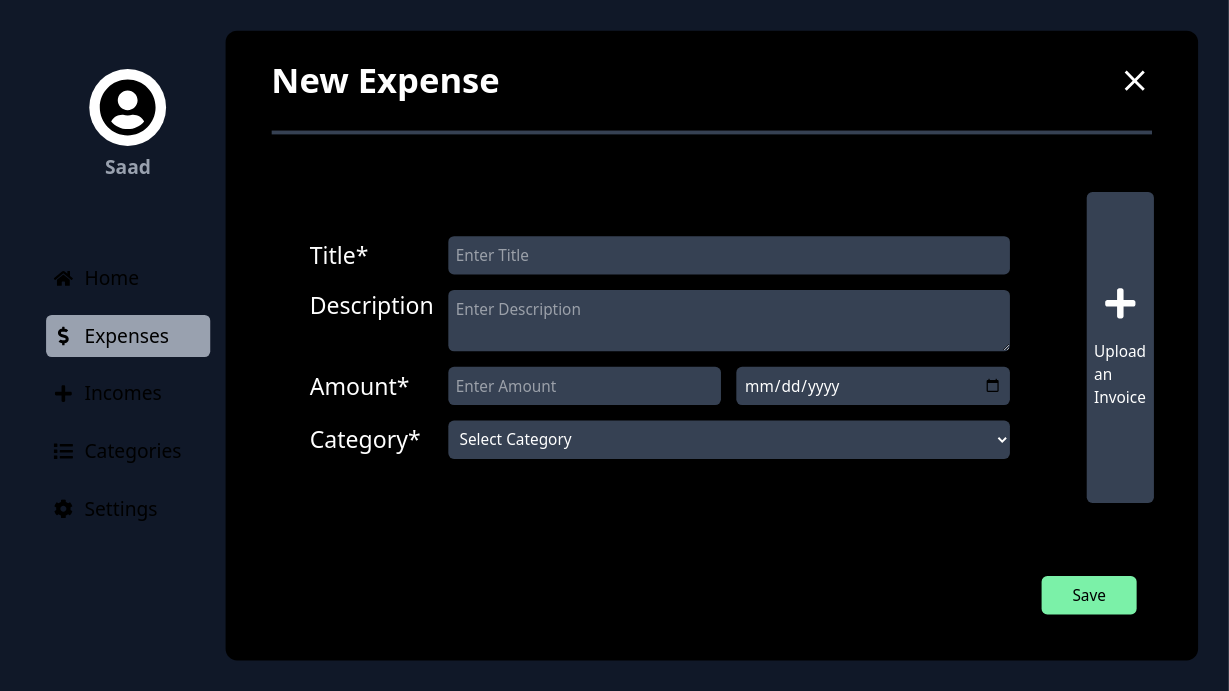
Repository: saad-naveed-brainx/Expense
Page: /expenses
An editor plug-in stored every save of this project. The page is shown before and after a run of saves, followed by the edit.
The browser window is 1280 px wide. The pictures show the whole page, at 96% of full size.
The project was rebuilt for these pictures with package versions that can differ from the ones it lists, and the page was loaded fresh each time. Also part of the build but not shown: vite.config.js, src/components/LandingPage.jsx, src/components/NotUsed.jsx.

Above is the page before, as saved 2025-09-04 17:36:08.

### index.html
<!doctype html>
<html lang="en">
  <head>
    <meta charset="UTF-8" />
    <link rel="icon" type="image/svg+xml" href="/vite.svg" />
    <link rel="stylesheet" href="/src/index.css" />
    <meta name="viewport" content="width=device-width, initial-scale=1.0" />
    <title>Vite + React</title>
  </head>
  <body>
    <div id="root"></div>
    <script type="module" src="/src/main.jsx"></script>
  </body>
</html>

### src/index.css
@import "tailwindcss";
@variant dark (.dark &);

### src/main.jsx
import { createRoot } from "react-dom/client";
import { Provider } from "react-redux";
import store from "./redux/store.js";
import "./index.css";
import App from "./App.jsx";

createRoot(document.getElementById("root")).render(

    <Provider store={store}>
      <App />
    </Provider>
);

### src/redux/store.js
import {configureStore} from '@reduxjs/toolkit'
import expenseReducer from './ExpenseSlice'
import themeReducer from './ThemeSlics'

export default configureStore({
    reducer: {
        expense: expenseReducer,
        theme: themeReducer,
    },
})

### src/App.jsx

import { Route,createBrowserRouter,createRoutesFromElements,RouterProvider } from 'react-router-dom'
import RootLayout from './components/RootLayout'
import LandingPage from './components/LandingPage'
import Expenses from './components/Expenses'
import NotUsed from './components/NotUsed'

function App() {

  const router = createBrowserRouter(
    createRoutesFromElements(
      <Route path='/' element={<RootLayout />}>
        <Route index element={<LandingPage />} />
        <Route path='/expenses' element={<Expenses />} />
        <Route path='/incomes' element={<NotUsed pageName="Incomes" />} />
        <Route path='/categories' element={<NotUsed pageName="Categories" />} />
        <Route path='/settings' element={<NotUsed pageName="Settings" />} />
      </Route>
    )
  )

  return (
    <RouterProvider router={router} />
  )
}

export default App

### src/redux/ExpenseSlice.js
import {createSlice } from '@reduxjs/toolkit'
import { v4 as uuidv4 } from 'uuid'


const initialState = {
    expenses: [{
        id: uuidv4(),
        amount: 0,
        date: null,
        category: '',
        description: '',
    }],
}


const expenseSlice = createSlice({
    name: 'expenseSlice',
    initialState,
    reducers:{
        addExpense: (state, action) =>{
            const newExpense = {
                id: uuidv4(),
                amount: action.payload.amount,
                date: new Date().toISOString(),
                category: action.payload.category,
                description: action.payload.description,
                title: '',
            }
            state.expenses.push(newExpense)
        },
        deleteExpense: (state, action) =>{
            state.expenses = state.expenses.filter(expense => expense.id !== action.payload.id)
            },
        editExpense: (state, action) =>{
            const index = state.expenses.findIndex(expense => expense.id === action.payload.id)
            if(index !== -1){
                state.expenses[index] = action.payload
            }
        },
    }
})

export const { addExpense, deleteExpense, editExpense } = expenseSlice.actions
export default expenseSlice.reducer

### src/redux/ThemeSlics.js
import { createSlice } from '@reduxjs/toolkit'

const initialState = {
    isDarkMode: localStorage.getItem('isDarkMode')? JSON.parse(localStorage.getItem('isDarkMode')):true,
}

const themeSlice = createSlice({
    name: 'themeSlice',
    initialState,
    reducers: {
        toggleTheme: (state) => {
            state.isDarkMode = !state.isDarkMode;
            localStorage.setItem('isDarkMode', JSON.stringify(state.isDarkMode));
        }
    }
})

export const { toggleTheme } = themeSlice.actions;

export default themeSlice.reducer;

### src/components/RootLayout.jsx
import React from 'react'
import LeftSection from './LeftSection'

import { Outlet } from 'react-router-dom'

export default function RootLayout() {
  return (
    <div className="flex w-full h-screen p-8 bg-gray-900">
      <div className="w-1/6">
        <LeftSection />
      </div>
      <div className="w-5/6"> <Outlet /></div>
    </div>
  );
}

### src/components/Expenses.jsx
import React from 'react'
import { IoMdClose } from "react-icons/io";
import { FaPlus } from "react-icons/fa";
import { useForm } from "react-hook-form"

export default function Expenses() {
  const {
    register,
    handleSubmit,
    watch,
    formState: { errors },
  } = useForm()

  const onSubmit = (data) => console.log(data)


  return (
    <div className='bg-black rounded-xl p-4 h-full flex flex-col py-8 px-12 text-white gap-15'>
      <div className='flex flex-col gap-8'>
      <div className='flex items-center justify-between'>
        <h1 className='text-white text-4xl font-bold'>New Expense</h1>
        <button className='text-white'>
          <IoMdClose className='text-4xl' />
        </button>
      </div>
      <div className='w-full h-1 bg-gray-700'></div>
      </div>
      <div className='flex items-center justify-evenly h-full gap-10'>
        <div className='w-full'>
          <form className='p-10 flex flex-col gap-4' onSubmit={handleSubmit(onSubmit)}>
            <div className='flex gap-4 items-center'>
              <h1 className='text-2xl w-32 shrink-0'>Title*</h1>
              <input type="text" placeholder='Enter Title' className='bg-gray-700 rounded-md p-2 flex-1 min-w-0' {...register("title", {required:true})} />
            </div>
            <div className='flex gap-4 items-start'>
              <h1 className='text-2xl w-32 shrink-0'>Description</h1>
              <textarea cols="60" type="text" placeholder='Enter Description' className='bg-gray-700 rounded-md p-2 flex-1 min-w-0' {...register("description")} />
            </div>
            <div className='flex gap-4 items-center'>
              <h1 className='text-2xl w-32 shrink-0'>Amount*</h1>
              <input
                type="number"
                min={0}
                placeholder='Enter Amount'
                className='bg-gray-700 rounded-md p-2 flex-1 min-w-0 '
                {...register("amount", { required: true, min: 0, valueAsNumber: true })}
              />
              <input type="date"  placeholder='Select Date' className='bg-gray-700 rounded-md p-2 flex-1 min-w-0' {...register("date", {required:true})} />
            </div>
            <div className='flex gap-4 items-center'>
              <h1 className='text-2xl w-32 shrink-0'>Category*</h1>
              <select placeholder='Select Category' className='bg-gray-700 rounded-md p-2 flex-1 min-w-0' {...register("category", {required:true})}>
                <option className='text-gray-400' value="select">Select Category</option>
                <option value="food">Food</option>
                <option value="transport">Transport</option>
                <option value="housing">Housing</option>
                <option value="utilities">Utilities</option>
              </select>
            </div>
          </form>
        </div>
        <div className='bg-gray-700 rounded-md p-2 h-full w-full flex flex-col gap-5 items-center justify-center cursor-pointer'>
          <FaPlus className='text-4xl' />
          <h1>Upload an Invoice</h1>
        </div>
      </div>

      <div className='flex items-center justify-end p-4'>
          <button type='submit' className='bg-green-300 rounded-md p-2 text-black px-8 py-2
          '>Save</button>
      </div>
    </div>

  )
}

### src/components/LeftSection.jsx
import React from "react";
import { FaUserCircle } from "react-icons/fa";
import NavCard from "./NavCard";
import { FaHome, FaDollarSign, FaPlus, FaList, FaCog } from "react-icons/fa";

const navJson = [
  {
    path: "/",
    title: "Home",
    icon: FaHome,
  },
  {
    path: "/expenses",
    title: "Expenses",
    icon: FaDollarSign,
  },
  {
    path: "/incomes",
    title: "Incomes",
    icon: FaPlus,
  },
  {
    path: "/categories",
    title: "Categories",
    icon: FaList,
  },
  {
    path: "/settings",
    title: "Settings",
    icon: FaCog,
  },
];

export default function LeftSection() {
  return (
    <div className="flex flex-col items-center justify-center p-4 pt-10 gap-20">
      <div className="flex flex-col items-center justify-center gap-2">
        <div className="rounded-full bg-white w-20 h-20 flex items-center justify-center">
          <FaUserCircle className="text-black text-6xl" />
        </div>
        <div className="text-gray-400 text-xl font-bold">Saad</div>
      </div>
      <div className="flex flex-col items-center justify-center gap-4 w-full">
        {navJson.map((item) => (
          <NavCard
            key={item.title}
            title={item.title}
            path={item.path}
            icon={item.icon}
          />
        ))}
      </div>
    </div>
  );
}

### src/components/NavCard.jsx
import React from "react";
import { NavLink } from "react-router-dom";

export default function NavCard({ title, icon: Icon, path }) {
    return (
        <NavLink
            to={path}
            className={({ isActive }) => `flex items-center justify-start cursor-pointer gap-3 p-2 rounded-md w-full ${isActive ? 'bg-gray-400' : ''}`}
        >
            {({ isActive }) => (
                <>
                    <Icon className={`text-black text-xl dark:text-white`} />
                    <h1 className={`text-black text-xl dark:text-white`}>{title}</h1>
                </>
            )}
        </NavLink>
    )
}

After the next 3 saves:
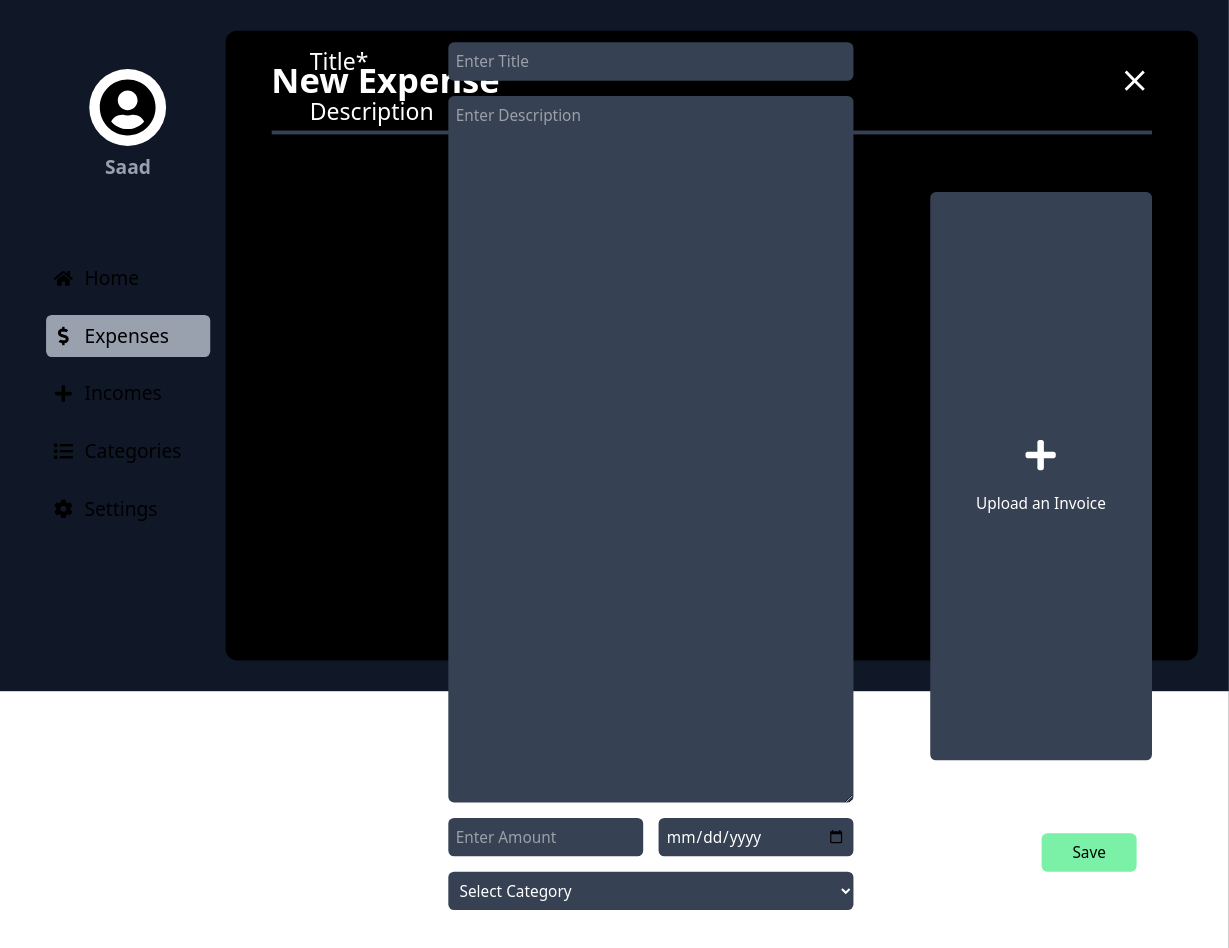
The 3 saves are shown as one change because they came seconds apart.
The last was saved 14 s later.
--- a/src/components/Expenses.jsx
+++ b/src/components/Expenses.jsx
@@ -34,7 +34,7 @@ export default function Expenses() {
             </div>
             <div className='flex gap-4 items-start'>
               <h1 className='text-2xl w-32 shrink-0'>Description</h1>
-              <textarea cols="60" type="text" placeholder='Enter Description' className='bg-gray-700 rounded-md p-2 flex-1 min-w-0' {...register("description")} />
+              <textarea rows="30" type="text" placeholder='Enter Description' className='bg-gray-700 rounded-md p-2 flex-1 min-w-0' {...register("description")} />
             </div>
             <div className='flex gap-4 items-center'>
               <h1 className='text-2xl w-32 shrink-0'>Amount*</h1>
